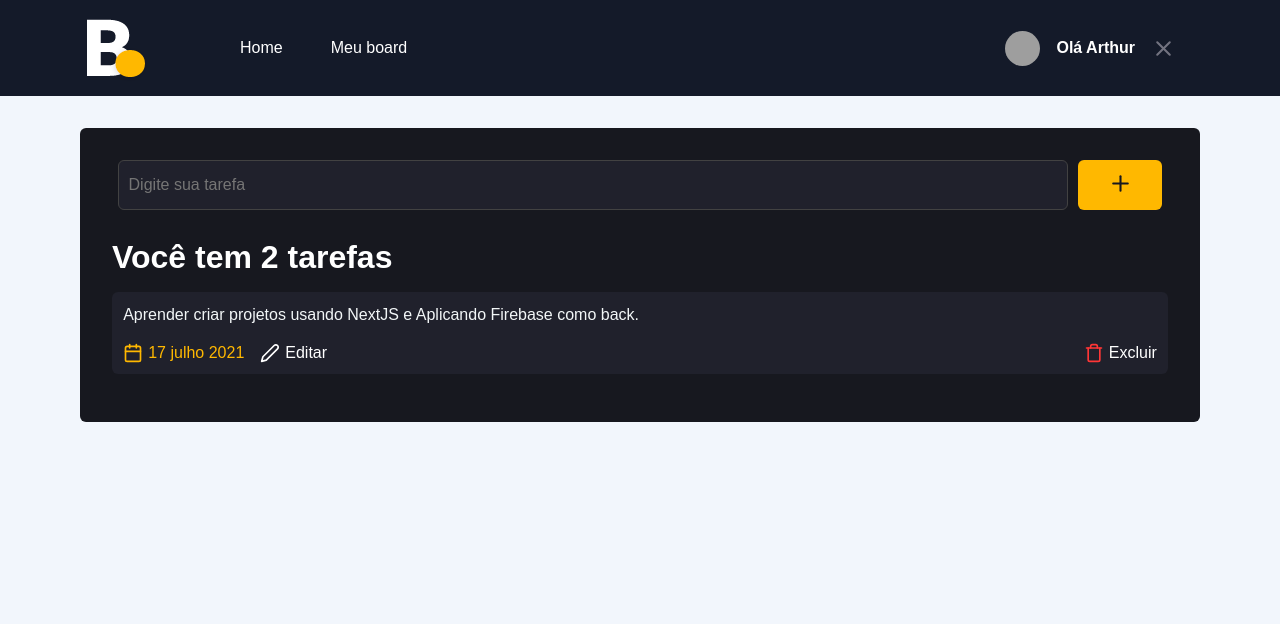
Repository: ArthurHendrich/Task-Board
Page: /board
These files come from the project's save history. The page is drawn as it stood at one moment and after the next save; the edit follows.
The browser window is 1280 px wide. The pictures show the whole page.
Pictures or frames that could not be fetched are drawn as grey boxes. The project was rebuilt for these pictures with package versions that can differ from the ones it lists, and the page was loaded fresh each time. The framework's server and built-in components were replaced by stand-ins that run in the browser. Also part of the build but not shown: next.config.js.

Above is the page before, as saved 2022-07-04 18:15:40.

After the next save:
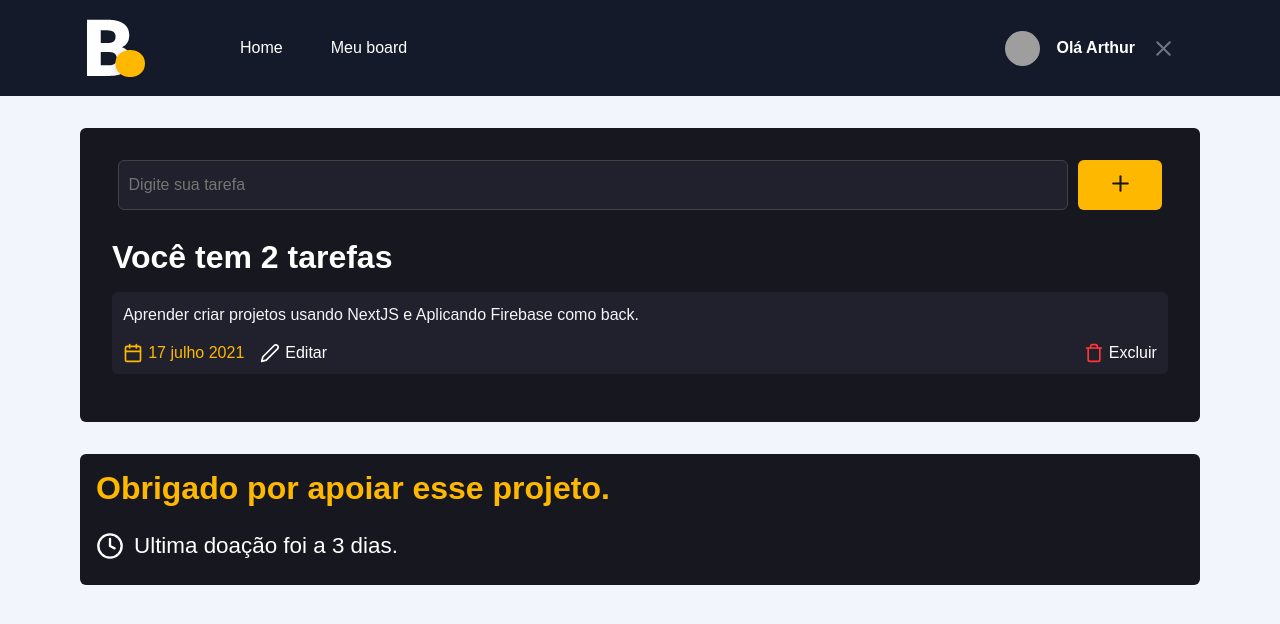
Saved 1 s later.
--- a/src/pages/board/index.tsx
+++ b/src/pages/board/index.tsx
@@ -1,6 +1,6 @@
 import Head from 'next/head';
 import styles from './styles.module.scss';
-import { FiPlus, FiCalendar, FiEdit2, FiTrash } from 'react-icons/fi'
+import { FiPlus, FiCalendar, FiEdit2, FiTrash, FiClock } from 'react-icons/fi'
 
 export default function Board(){
   return (
@@ -42,6 +42,16 @@ export default function Board(){
           </article>
         </section>
       </main>
+
+      <div className={styles.vipContainer}>
+        <h3>Obrigado por apoiar esse projeto.</h3>
+        <div>
+          <FiClock size={28} color="#FFF" />
+          <time>
+            Ultima doação foi a 3 dias.
+          </time>
+        </div>
+      </div>
     </>
   )
 }
